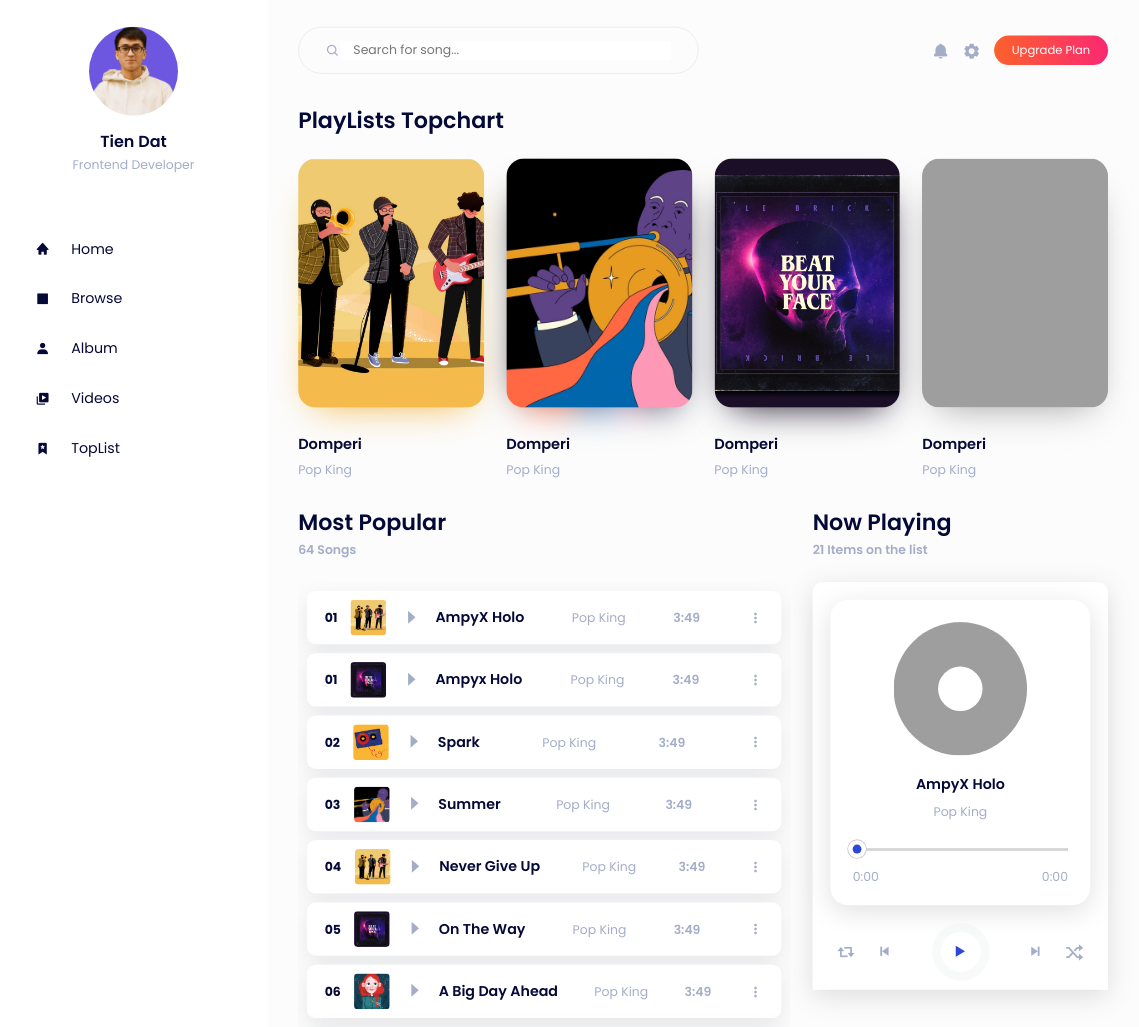
Repository: Datt21/music-webapp
Page: index.html
These files come from the project's save history. The page is drawn as it stood at one moment and after the next save; the edit follows.
The browser window is 1280 px wide. The pictures show the whole page, at 89% of full size.
Pictures or frames that could not be fetched are drawn as grey boxes. An inner scrolling area shows only its first screen. The style sheet was rebuilt from its Sass, Less or Tailwind sources for each picture, by a compiler version that may differ from the author's.

Above is the page before, as saved 2021-09-05 08:24:07.

After the next save:
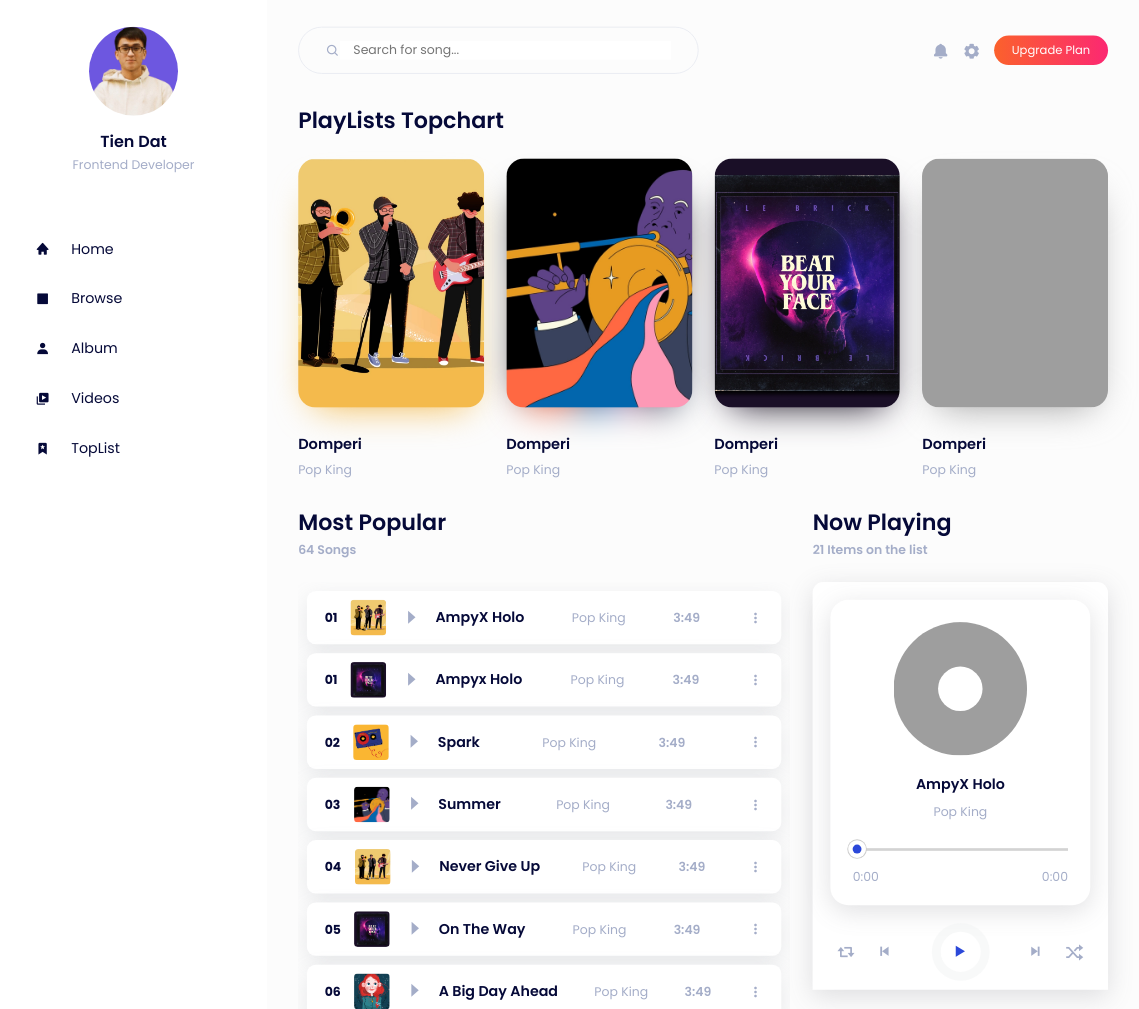
Saved 12 s later.
--- a/app.scss
+++ b/app.scss
@@ -232,7 +232,7 @@
 
 .song-list {
     padding: 10px;
-    max-height: 500px;
+    max-height: 480px;
     overflow-y: auto;
     -ms-overflow-style: none;
     scrollbar-width: none;
